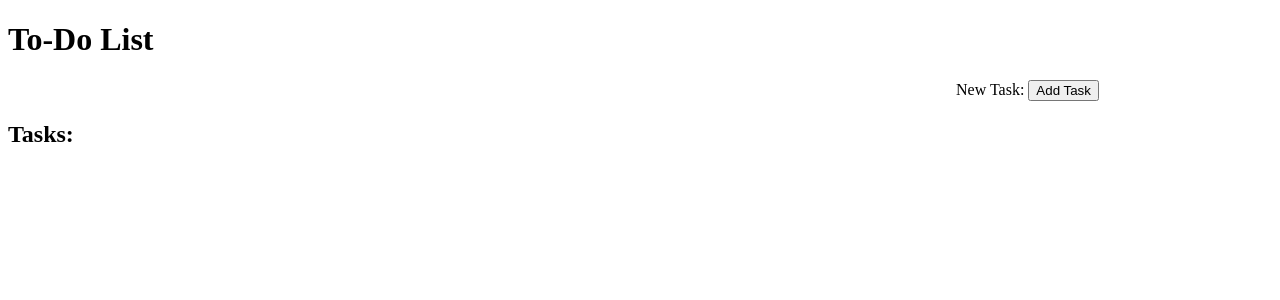
Repository: samoshi/To-do
Page: http://localhost/
An editor plug-in stored every save of this project. The page is shown before and after the next save, followed by the edit.
The browser window is 1280 px wide. The pictures show the whole page.
The page is served by the project's application, run on Flask 3 (app/app.py).

Above is the page before, as saved 2024-01-14 00:51:57.
Console error: TypeError: Cannot read properties of null (reading 'addEventListener')

### app/templates/index.html
<!DOCTYPE html>
<html lang="en">

<head>
    <meta charset="UTF-8">
    <meta name="viewport" content="width=device-width, initial-scale=1.0">
    <title>To-Do list</title>
    <link rel="stylesheet" href="{{ url_for('static', filename='style.css') }}" />
    <script src="https://code.jquery.com/jquery-3.6.4.min.js"></script>
    <script src="{{ url_for('static', filename='script.js') }}"></script>
</head>
<body>
    <div class="container">
        <h1>To-Do List</h1>

        <form method="POST" action="{{ url_for('add_task') }}">
            <label for="description">New Task:</label>
            <input type="text" id="description" name="description" required>
            <button type="submit">Add Task</button>
        </form>

        <h2>Tasks:</h2>
        <ul>
            {% for task in tasks %}
                <li class="task-item {% if task.completed %}completed-task{% endif %}"
                    data-task-id="{{ loop.index-1 }}">
                    {% if not task.completed %}
                        <span>{{ task.description }}</span>
                        <span class="remove-task">&#10003;</span>
                    {% endif %}
                </li>
            {% endfor %}
        </ul>

    </div>
    <script>
        function completeTask(url) {
            window.location.href = url;
        }

        function removeTask(url) {
            window.location.href = url;
        }
    </script>
</body>
</html>

### app/app.py
from flask import Flask, render_template, request, redirect, url_for
import json

app = Flask(__name__)

tasks = []

def save_tasks():
    with open("tasks.txt", "w") as file:
        for task in tasks:
            file.write(f"{task['description']}:{task['completed']}\n")

# Load tasks from a file
def load_tasks():
    try:
        with open("tasks.txt", "r") as file:
            lines = file.readlines()
            return [
                {"description": line.split(":")[0], "completed": eval(line.split(":")[1])}
                for line in lines
            ]
    except FileNotFoundError:
        return []

# Initialize tasks
tasks = load_tasks()

@app.route('/')
def index():
    return render_template('index.html', tasks=tasks)

@app.route('/add_task', methods=['POST'])
def add_task():
    new_task_description = request.form.get('description')
    if new_task_description:
        new_task = {"description": new_task_description, "completed": False}
        tasks.append(new_task)
        save_tasks()
    return redirect(url_for('index'))

@app.route('/complete/<int:task_id>')
def complete_task(task_id):
    if 0 <= task_id < len(tasks):
        tasks[task_id]['completed'] = True
        save_tasks()
    return redirect(url_for('index'))

@app.route('/remove/<int:task_id>')
def remove_task(task_id):
    global tasks
    if 0 <= task_id < len(tasks):
        del tasks[task_id]
        # Save your tasks or update your data structure
    return redirect(url_for('index'))

if __name__ == '__main__':
    app.run(host='0.0.0.0', port=5000, debug=True)

### app/static/style.css
/* Include the padding and border in an element's total width and height */
* {
    box-sizing: border-box;
  }

  /* Remove margins and padding from the list */
  ul {
    margin: 0;
    padding: 0;
  }

  /* Style the list items */
  ul li {
    cursor: pointer;
    position: relative;
    padding: 12px 8px 12px 40px;
    background: #eee;
    font-size: 18px;
    transition: 0.2s;

    /* make the list items unselectable */
    -webkit-user-select: none;
    -moz-user-select: none;
    -ms-user-select: none;
    user-select: none;
  }

  /* Set all odd list items to a different color (zebra-stripes) */
  ul li:nth-child(odd) {
    background: #f9f9f9;
  }

  /* Darker background-color on hover */
  ul li:hover {
    background: #ddd;
  }

  /* When clicked on, add a background color and strike out text */
  ul li.checked {
    background: #888;
    color: #fff;
    text-decoration: line-through;
  }

  /* Add a "checked" mark when clicked on */
  ul li.checked::before {
    content: '';
    position: absolute;
    border-color: #fff;
    border-style: solid;
    border-width: 0 2px 2px 0;
    top: 10px;
    left: 16px;
    transform: rotate(45deg);
    height: 15px;
    width: 7px;
  }

  /* Style the close button */
  .close {
    position: absolute;
    right: 0;
    top: 0;
    padding: 12px 16px 12px 16px;
  }

  .close:hover {
    background-color: #f44336;
    color: white;
  }

  /* Style the header */
  .header {
    background-color: #f44336;
    padding: 30px 40px;
    color: white;
    text-align: center;
  }

  /* Clear floats after the header */
  .header:after {
    content: "";
    display: table;
    clear: both;
  }

  /* Style the input */
  input {
    margin: 0;
    border: none;
    border-radius: 0;
    width: 75%;
    padding: 10px;
    float: left;
    font-size: 16px;
  }

  /* Style the "Add" button */
  .addBtn {
    padding: 10px;
    width: 25%;
    background: #d9d9d9;
    color: #555;
    float: left;
    text-align: center;
    font-size: 16px;
    cursor: pointer;
    transition: 0.3s;
    border-radius: 0;
  }

  .addBtn:hover {
    background-color: #bbb;
  }

### app/static/script.js
// Create a "close" button and append it to each list item
var myNodelist = document.getElementsByTagName("LI");
var i;
for (i = 0; i < myNodelist.length; i++) {
  var span = document.createElement("SPAN");
  var txt = document.createTextNode("\u00D7");
  span.className = "close";
  span.appendChild(txt);
  myNodelist[i].appendChild(span);
}

// Click on a close button to hide the current list item
var close = document.getElementsByClassName("close");
var i;
for (i = 0; i < close.length; i++) {
  close[i].onclick = function() {
    var div = this.parentElement;
    div.style.display = "none";
  }
}

// Add a "checked" symbol when clicking on a list item
var list = document.querySelector('ul');
list.addEventListener('click', function(ev) {
  if (ev.target.tagName === 'LI') {
    ev.target.classList.toggle('checked');
  }
}, false);

// Create a new list item when clicking on the "Add" button
function newElement() {
  var li = document.createElement("li");
  var inputValue = document.getElementById("myInput").value;
  var t = document.createTextNode(inputValue);
  li.appendChild(t);
  if (inputValue === '') {
    alert("You must write something!");
  } else {
    document.getElementById("myUL").appendChild(li);
  }
  document.getElementById("myInput").value = "";

  var span = document.createElement("SPAN");
  var txt = document.createTextNode("\u00D7");
  span.className = "close";
  span.appendChild(txt);
  li.appendChild(span);

  for (i = 0; i < close.length; i++) {
    close[i].onclick = function() {
      var div = this.parentElement;
      div.style.display = "none";
    }
  }
}

After the next save:
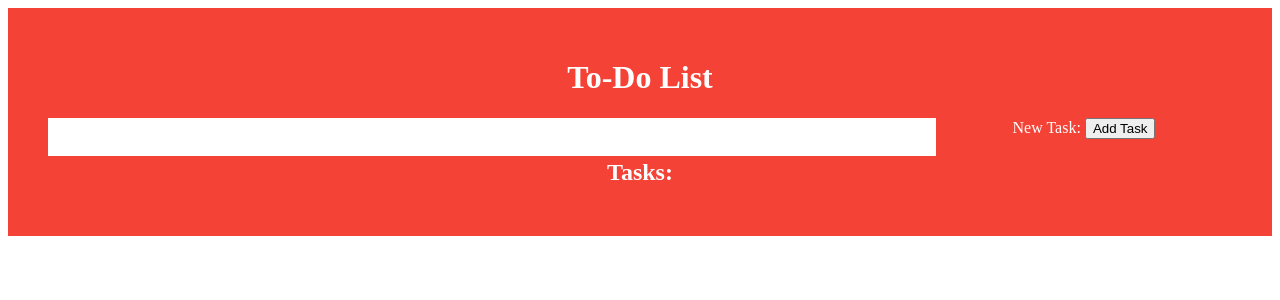
Saved 31 s later.
--- a/app/templates/index.html
+++ b/app/templates/index.html
@@ -10,7 +10,7 @@
     <script src="{{ url_for('static', filename='script.js') }}"></script>
 </head>
 <body>
-    <div class="container">
+    <div id="myDIV" class="header">
         <h1>To-Do List</h1>
 
         <form method="POST" action="{{ url_for('add_task') }}">
